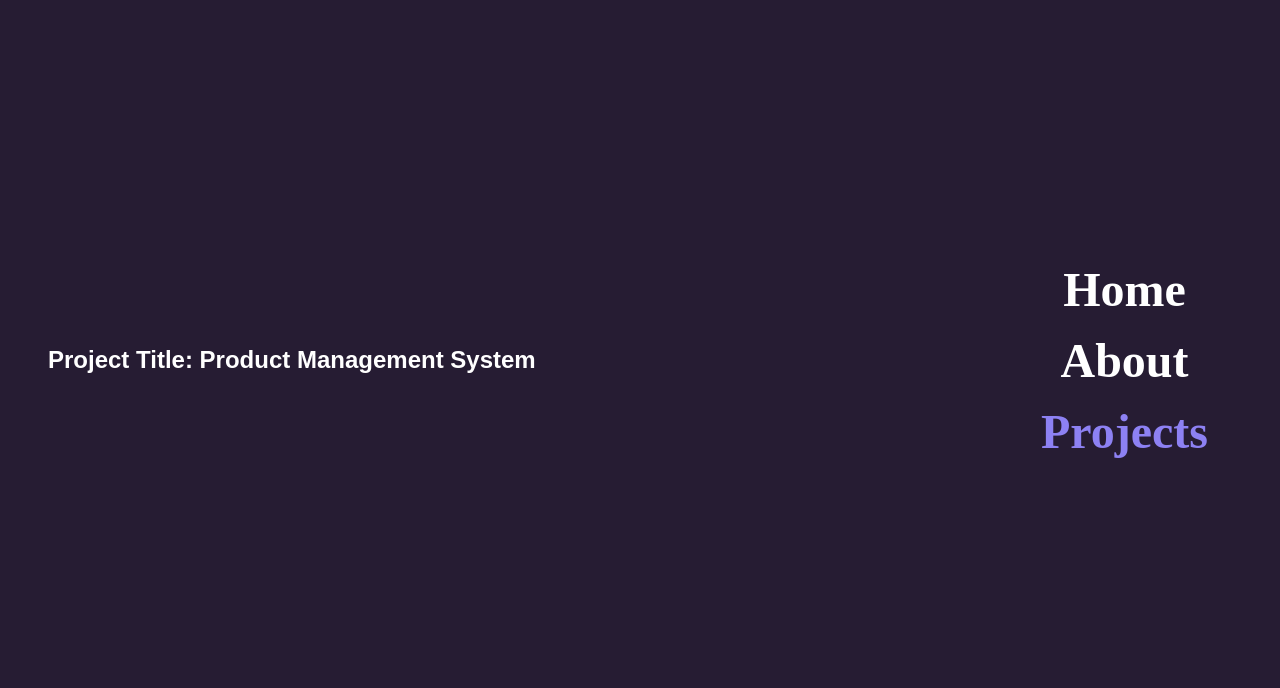
Repository: ahamdy997/portfolio
Page: /projects
These files come from the project's save history. The page is drawn as it stood at one moment and after the next save; the edit follows.
The browser window is 1280 px wide. The pictures show the whole page.
The project was rebuilt for these pictures with package versions that can differ from the ones it lists, and the page was loaded fresh each time. Also part of the build but not shown: vue.config.js, src/components/HelloWorld.vue, src/views/HomeView.vue.

Above is the page before, as saved 2023-11-06 00:13:49.

After the next save:
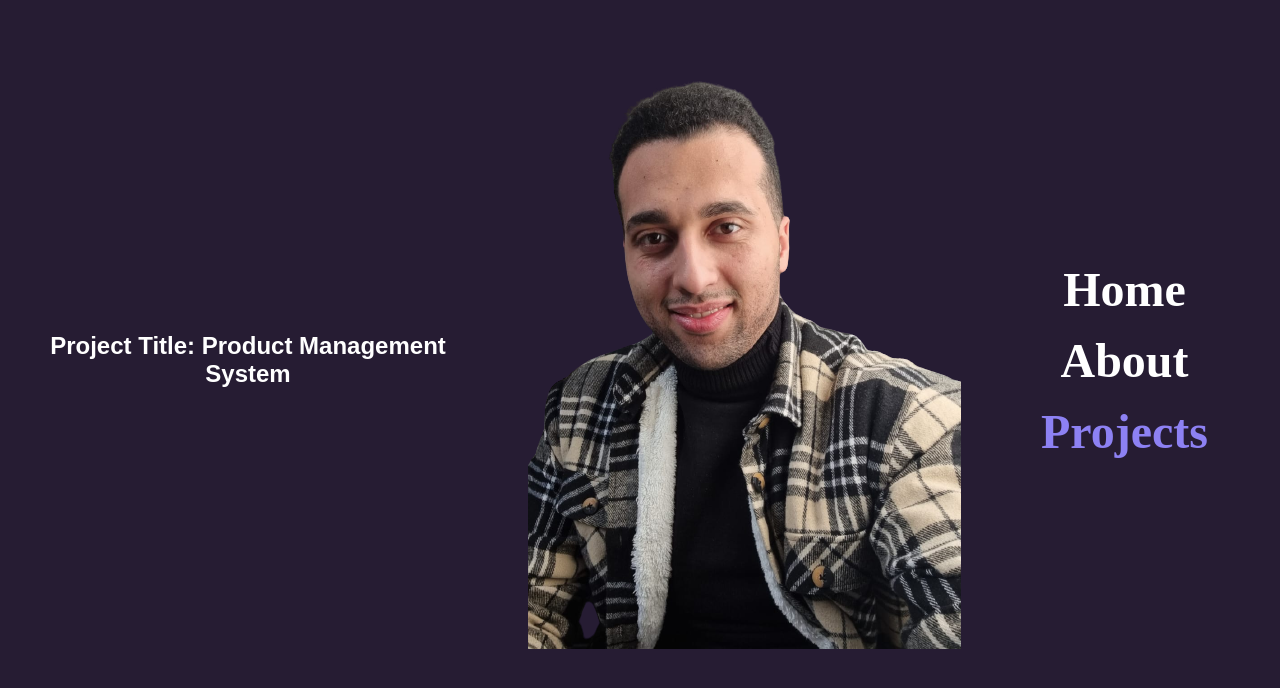
Saved 8 min 41 s later.
--- a/src/views/ProjectView.vue
+++ b/src/views/ProjectView.vue
@@ -1,3 +1,7 @@
 <template>
   <h2>Project Title: Product Management System</h2>
+  <img
+    src="../assets/WhatsApp_Image_2023-11-05_at_12.44.03_AM-removebg-preview.png"
+    alt="Crud system"
+  />
 </template>
